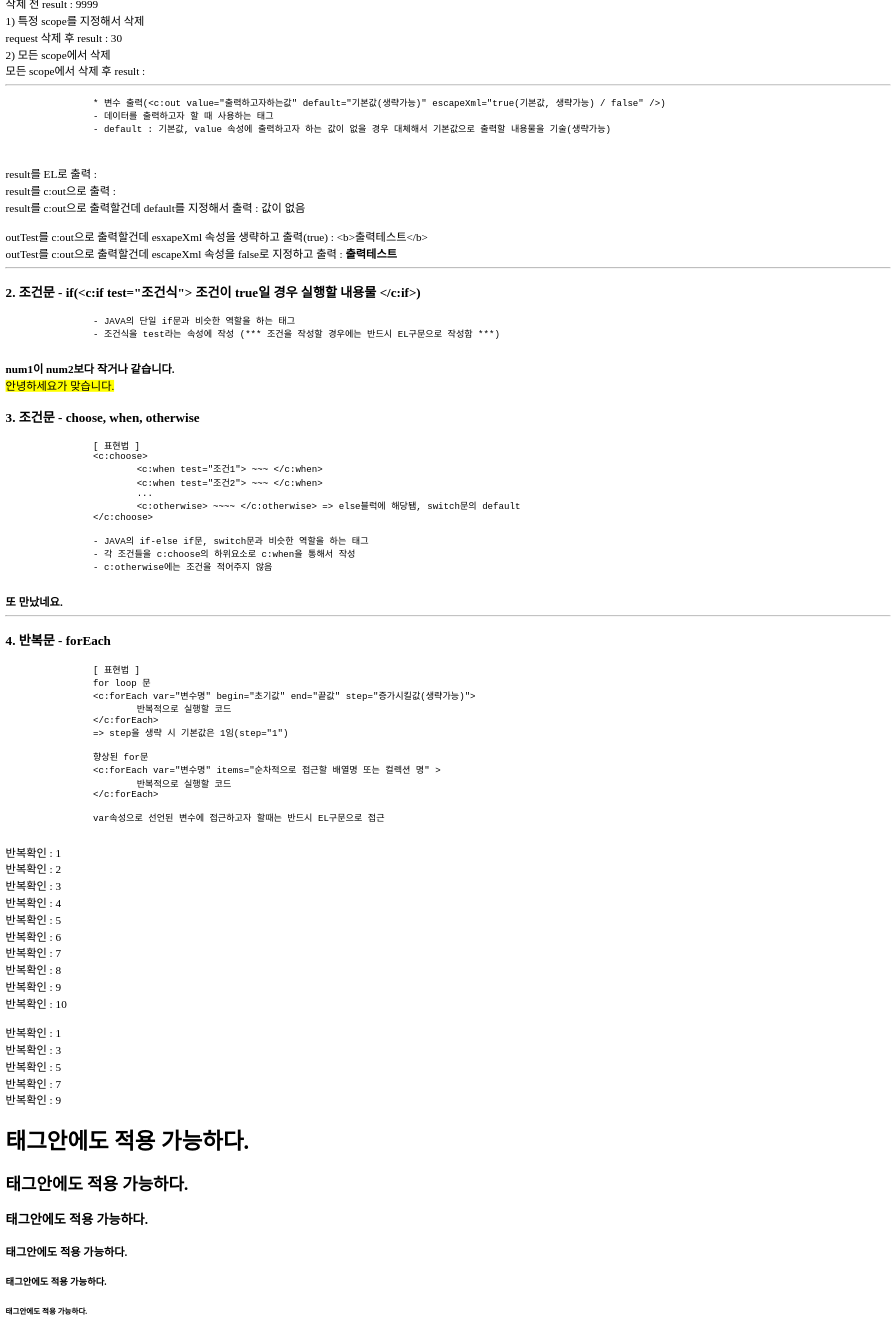
Repository: DonghwanSon1/ajax-jsp-study
Page: http://localhost/ActionProject/views/3_CustomAction/01_core.jsp
These files come from the project's save history. The page is drawn as it stood at one moment and after the next save; the edit follows.
The browser window is 1280 px wide. The pictures show the part of the page from y = 654 to 2574 px (the page is 2559 px tall before and 2574 px after), at 70% of full size.
The page is served by Tomcat 9. Other server files are loaded and not shown.

Above is the page before, as saved 2022-07-12 08:16:12.

### ActionProject/WebContent/views/3_CustomAction/01_core.jsp
<%@ page language="java" contentType="text/html; charset=UTF-8"
    pageEncoding="UTF-8"%>
<%@ taglib prefix="c" uri="http://java.sun.com/jsp/jstl/core" %>
<!DOCTYPE html>
<html>
<head>
<meta charset="UTF-8">
<title>정말 중요한 core 페이지</title>
</head>
<body>


	<h1>JSTL Core Library</h1>

	<h3>1. 변수(속성 == attribute)</h3>

	<pre>
		* 변수 선언 (&lt;c:set var="변수명" value="리터럴" scope="스코프영역지정(생략가능)" /&gt;)
		- 변수를 선언하고 초기값을 대입해두는 기능을 제공
		- 더나아가서 해당 변수를 어떤 scope영역에 담아둘건지 지정 가능함
			(scope속성 생략 시 pageScope에 담김)
		=> 즉, 해당 scope영역에 setAttribute라는 메서드를 이용해서
			key + value형태로 데이터를 담아둔다라고 생각하면 된다.
		=> c:set을 통해 선언된 변수는 EL로 접근해서 사용 가능 (스크립팅 원소로는 접근 불가능)

		* 주의사항
		- 변수의 타입을 별도로 지정하지 않음(초기값을 반드시 지정해둬야됌!!!)
	</pre>

	<c:set var="num1" value="10"></c:set> <!-- pageScope에 담김 pageContext.setAttribute("num1", "10"); -->
	<c:set var="num2" value="20" scope="request"></c:set> <!-- requestScope에 담김 request.setAttribute("num2", "20"); -->

	num1의 변수값 : ${ num1 } <br>
	num2의 변수값 : ${ num2 } <br>

	<c:set var="result" value="${ num1 + num2 }" scope="session"></c:set>

	result변수값 : ${ result } <br>

	<!--
		변수명만 제시하면 공유범위가 작은 곳에서부터 찾음
		: 티가 나지는 않지만 속도가 느려질수도 있다.(스코프영역.변수명 을 권장)
	 -->

	${ pageScope.num1 } <br>
	${ requestScope.num2 } <br>
	${ sessionScope.result } <br><br>

	<c:set var="result" scope="request"	>9999</c:set>
	<!-- value속성 말고 시작태그와 종료태그 사이에도 대입할 값을 기술 가능 -->

	${ requestScope.result } <br>
	${ sessionScope.result } <br>

	<hr>

	<pre>
		* 변수 삭제(&lt;c:remove var="제거하고자하는 변수명" scope="스코프영역지정가능(생략가능)" /&gt;)
		- 해당 변수를 scope에서 찾아서 제거하는 태그
		- scope지정 생략시 모든 scope에서 해당 변수를 다 찾아서 제거함
		=> 즉, 해당 scope에 .removeAttribute("키값"); 이용해서 제거하는거라고 생각하면 된다.
	</pre>

	삭제 전 result : ${ result } <br>
	1) 특정 scope를 지정해서 삭제 <br>
	<c:remove var="result" scope="request" />

	request 삭제 후 result : ${ result } <br>

	2) 모든 scope에서 삭제 <br>
	<c:remove var="result" />
	모든 scope에서 삭제 후 result : ${ result } <br>

	<hr>

	<pre>
		* 변수 출력(&lt;c:out value="출력하고자하는값" default="기본값(생략가능)" escapeXml="true(기본값, 생략가능) / false" /&gt;)
		- 데이터를 출력하고자 할 때 사용하는 태그
		- default : 기본값, value 속성에 출력하고자 하는 값이 없을 경우 대체해서 기본값으로 출력할 내용물을 기술(생략가능)

	</pre>

	result를 EL로 출력 : ${ result } <br>
	result를 c:out으로 출력 : <c:out value="${ result }" /> <br>
	result를 c:out으로 출력할건데 default를 지정해서 출력 : <c:out value="${ result }" default="값이 없음" /> <br><br>

	<!-- escapeXml 테스트 -->
	<!-- 테스트하기 위한 변수 선언 -->
	<c:set var="outTest" value="<b>출력테스트</b>" />

	outTest를 c:out으로 출력할건데 esxapeXml 속성을 생략하고 출력(true) : <c:out value="${ outTest }"/> <br>
	outTest를 c:out으로 출력할건데 escapeXml 속성을 false로 지정하고 출력 : <c:out value="${ outTest }" escapeXml="false" />

	<hr>

	<h3>2. 조건문 - if(&lt;c:if test="조건식"&gt; 조건이 true일 경우 실행할 내용물 &lt;/c:if&gt;)</h3>

	<pre>
		- JAVA의 단일 if문과 비슷한 역할을 하는 태그
		- 조건식을 test라는 속성에 작성 (*** 조건을 작성할 경우에는 반드시 EL구문으로 작성함 ***)
	</pre>

	<%--
	기존방식
	<% if(num1 > num2) { %>
		쏼라쏼라
	<% } %>
	--%>

	<c:if test="${ num1 gt num2 }" >
		<b>num1이 num2보다 큽니다.</b>
	</c:if>

	<c:if test="${ num1 le num2 }">
		<b>num1이 num2보다 작거나 같습니다.</b>
	</c:if>

	<br>

	<c:set var="str" value="안녕하세요" />

	<c:if test="${ str eq '안녕하세요' }" >
		<mark>안녕하세요가 맞습니다.</mark>
	</c:if>

	<c:if test="${ str ne '안녕하세요' }" >
		<mark>안녕하세요가 아닙니다.</mark>
	</c:if>

	<br>

	<h3>3. 조건문 - choose, when, otherwise </h3>

	<pre>
		[ 표현법 ]
		&lt;c:choose&gt;
			&lt;c:when test="조건1"&gt; ~~~ &lt;/c:when&gt;
			&lt;c:when test="조건2"&gt; ~~~ &lt;/c:when&gt;
			...
			&lt;c:otherwise&gt; ~~~~ &lt;/c:otherwise&gt; => else블럭에 해당됌, switch문의 default
		&lt;/c:choose&gt;

		- JAVA의 if-else if문, switch문과 비슷한 역할을 하는 태그
		- 각 조건들을 c:choose의 하위요소로 c:when을 통해서 작성
		- c:otherwise에는 조건을 적어주지 않음
	</pre>

	<c:choose>
		<c:when test="${ num1 eq 20 }">
			<b>처음 뵙겠습니다.</b>
		</c:when>
		<c:when test="${ num1 eq 10 }">
			<b>또 만났네요. </b>
		</c:when>
		<c:otherwise>
			<b>난 다 아니야~</b>
		</c:otherwise>
	</c:choose>

	<hr>

	<h3>4. 반복문 - forEach </h3>

	<pre>
		[ 표현법 ]
		for loop 문
		&lt;c:forEach var="변수명" begin="초기값" end="끝값" step="증가시킬값(생략가능)"&gt;
			반복적으로 실행할 코드
		&lt;/c:forEach&gt;
		=> step을 생략 시 기본값은 1임(step="1")

		향상된 for문
		&lt;c:forEach var="변수명" items="순차적으로 접근할 배열명 또는 컬렉션 명" &gt;
			반복적으로 실행할 코드
		&lt;/c:forEach&gt;

		var속성으로 선언된 변수에 접근하고자 할때는 반드시 EL구문으로 접근
	</pre>

	<!-- for loop문 -->

	<c:forEach var="i" begin="1" end="10">
		반복확인 : ${ i } <br>
	</c:forEach>

	<br>

	<c:forEach var="i" begin="1" end="10" step="2">
		반복확인 : ${ i } <br>
	</c:forEach>

	<!-- 태그 안에도 적용 가능 -->

	<c:forEach var="i" begin="1" end="6">
		<h${ i }> 태그안에도 적용 가능하다. </h>
	</c:forEach>

	<br>








</body>
</html>

After the next save:
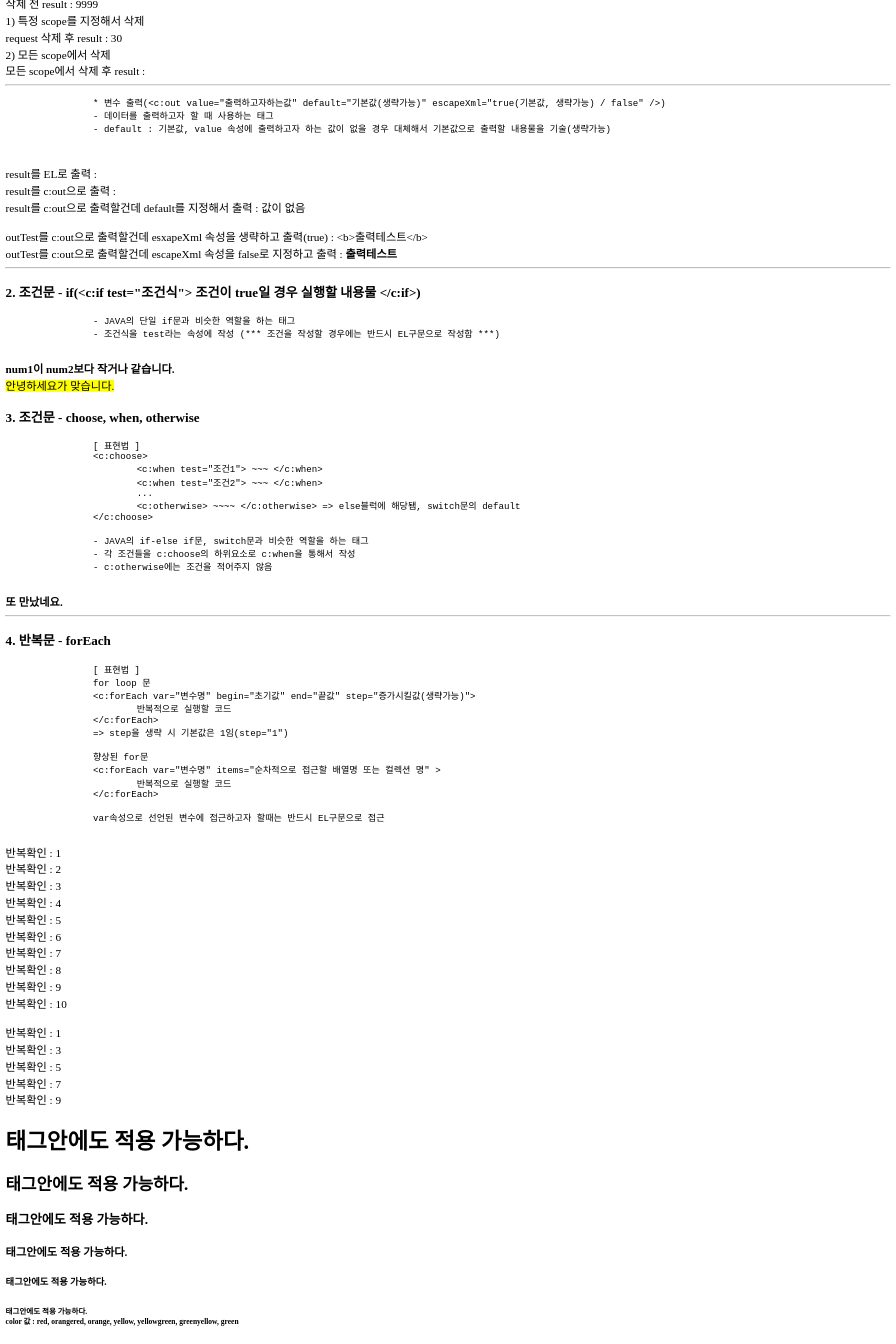
Saved 16 h 3 min later.
--- a/ActionProject/WebContent/views/3_CustomAction/01_core.jsp
+++ b/ActionProject/WebContent/views/3_CustomAction/01_core.jsp
@@ -197,8 +197,13 @@
 
 	<br>
 
-
-
+	<!-- 향상된 for문 -->
+	<!-- 테스트를 위한 배열 만들기 -->
+	<c:set var="colors">
+		red, orangered, orange, yellow, yellowgreen, greenyellow, green
+	</c:set><!-- 배열과 같은 역할 -->
+
+	color 값 : ${ colors } <br>
 
 
 
